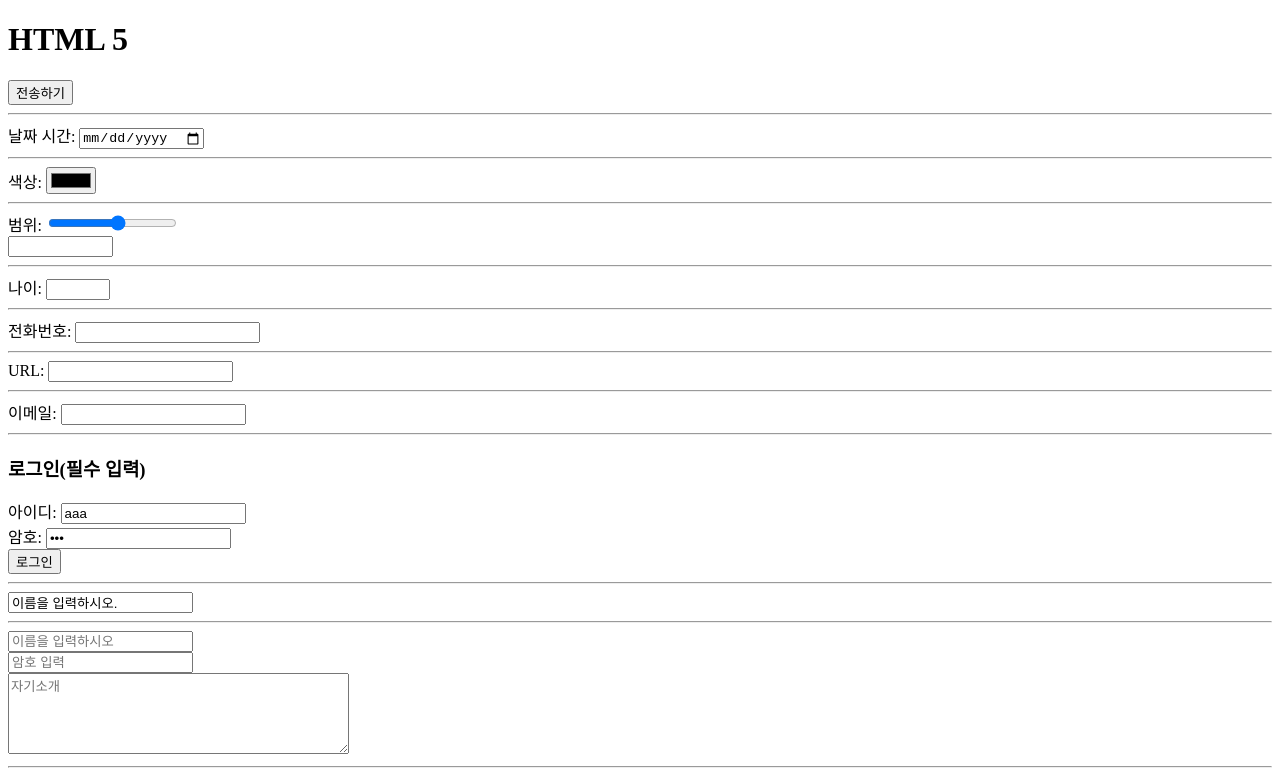
Repository: sujin9335/Front-end
Page: ClientTest/src/main/webapp/html/ex19.html
An editor plug-in stored every save of this project. The page is shown before and after the next save, followed by the edit.
The browser window is 1280 px wide. The pictures show the whole page.

Above is the page before, as saved 2023-09-21 08:38:32.

### ClientTest/src/main/webapp/html/ex19.html
<!DOCTYPE html>
<html>
<head>
<meta charset="UTF-8">
<title>Insert title here</title>
</head>
<body>
	<h1>HTML 5</h1>

	<form method="POST" action="ex18_server.jsp">

		<input type="submit" value="전송하기">
		<hr>

		날짜 시간: <input type="date">

		<hr>

		색상: <input type="color"
				onchange="document.body.bgColor=this.value;">


		<hr>

		범위: <input type="range"
				onchange="document.getElementById('txt1').value=this.value;"
				min="10" max="120" step="10">
		<br>
		<input type="text" id="txt1" size="10">


		<hr>

		나이: <input type="number" min="0" max="100" step="10"> <!-- 숫자만 쓸수있음 -->


		<hr>


		전화번호: <input type="tel"><!-- 폰으로 볼때 자판이 숫자패드로보임 -->


		<hr>


		URL: <input type="url"><!-- 유효성검사 -->



		<hr>


		이메일: <input type="email"> <!-- @있는지 유효성검사 -->



		<hr>

		<h3>로그인(필수 입력)</h3>
		아이디: <input type="text" required value="aaa"><br>
		암호: <input type="password" required value="111"><br>
		<input type="submit" value="로그인">

		<hr>


		<input type="text"
			value="이름을 입력하시오."
			onfocus="this.value='';"><!-- 완벽하지 않음 -->


		<hr>

		<!-- placeholder: 입력칸에 흐릿하게 보이는것 -->
		<input type="text" placeholder="이름을 입력하시오">
		<br>
		<input type="password" placeholder="암호 입력">
		<br>
		<textarea cols="40" rows="5" placeholder="자기소개"></textarea>

		<hr>



	</form>




</body>
</html>

After the next save:
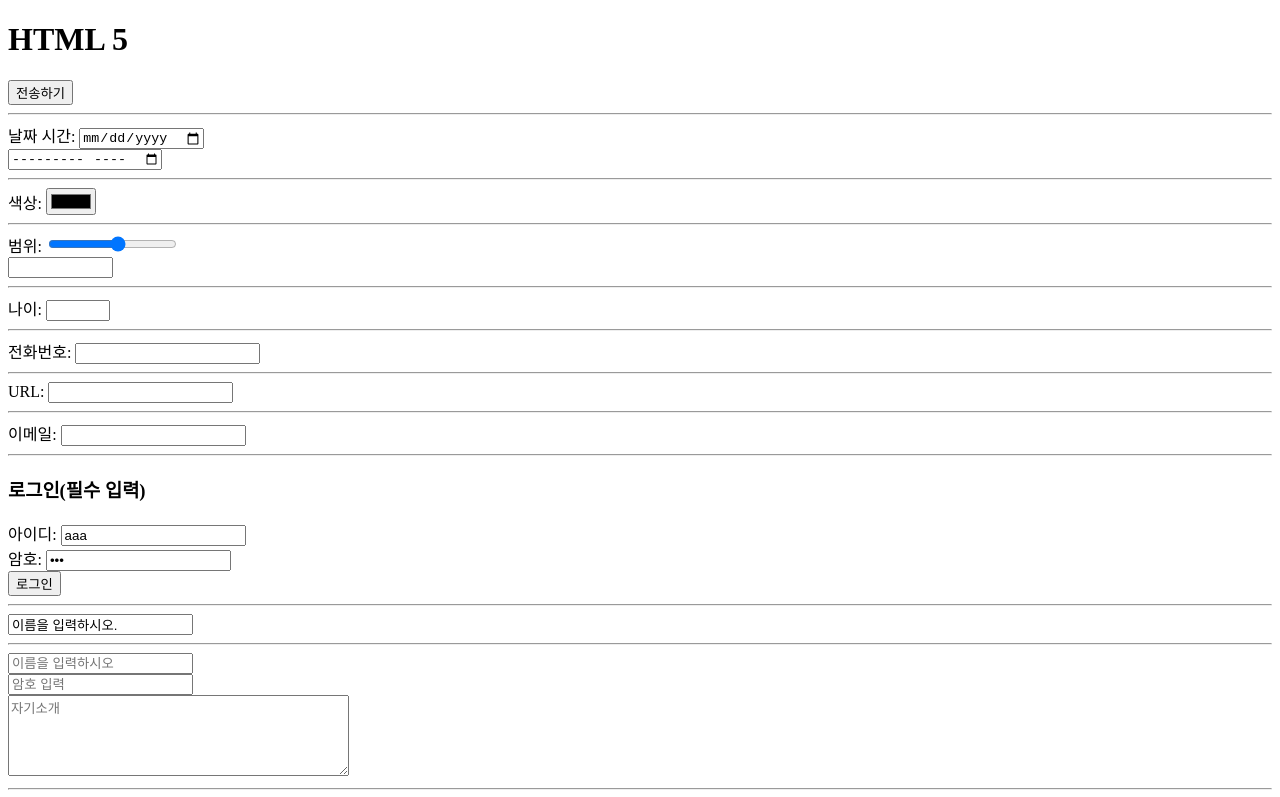
Saved 35 s later.
--- a/ClientTest/src/main/webapp/html/ex19.html
+++ b/ClientTest/src/main/webapp/html/ex19.html
@@ -12,7 +12,12 @@
 		<input type="submit" value="전송하기">
 		<hr>
 
+
 		날짜 시간: <input type="date">
+		<br>
+		<input type="month">
+
+
 
 		<hr>
 
